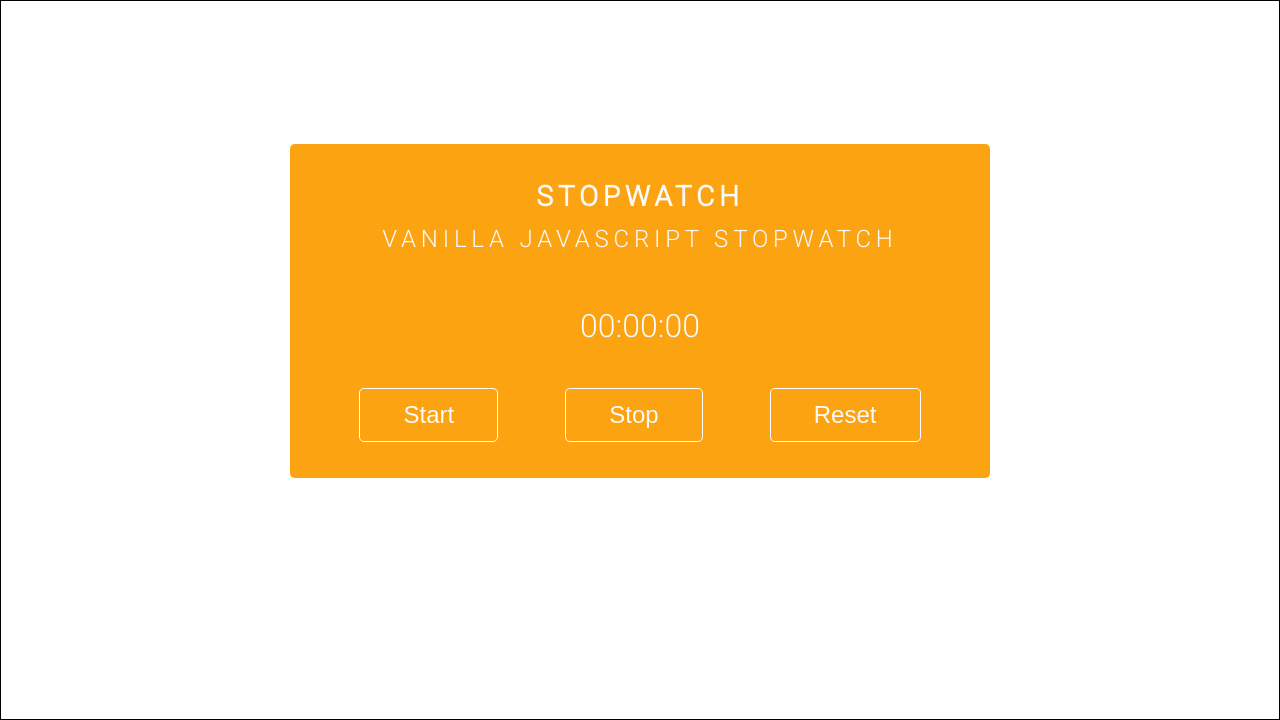
Repository: siaxiong/siaxiong.github.io
Page: doc/stopWatch.html
These files come from the project's save history. The page is drawn as it stood at one moment and after the next save; the edit follows.
The browser window is 1280 px wide. The pictures show the whole page.

Above is the page before, as saved 2021-03-11 16:28:58.

After the next save:
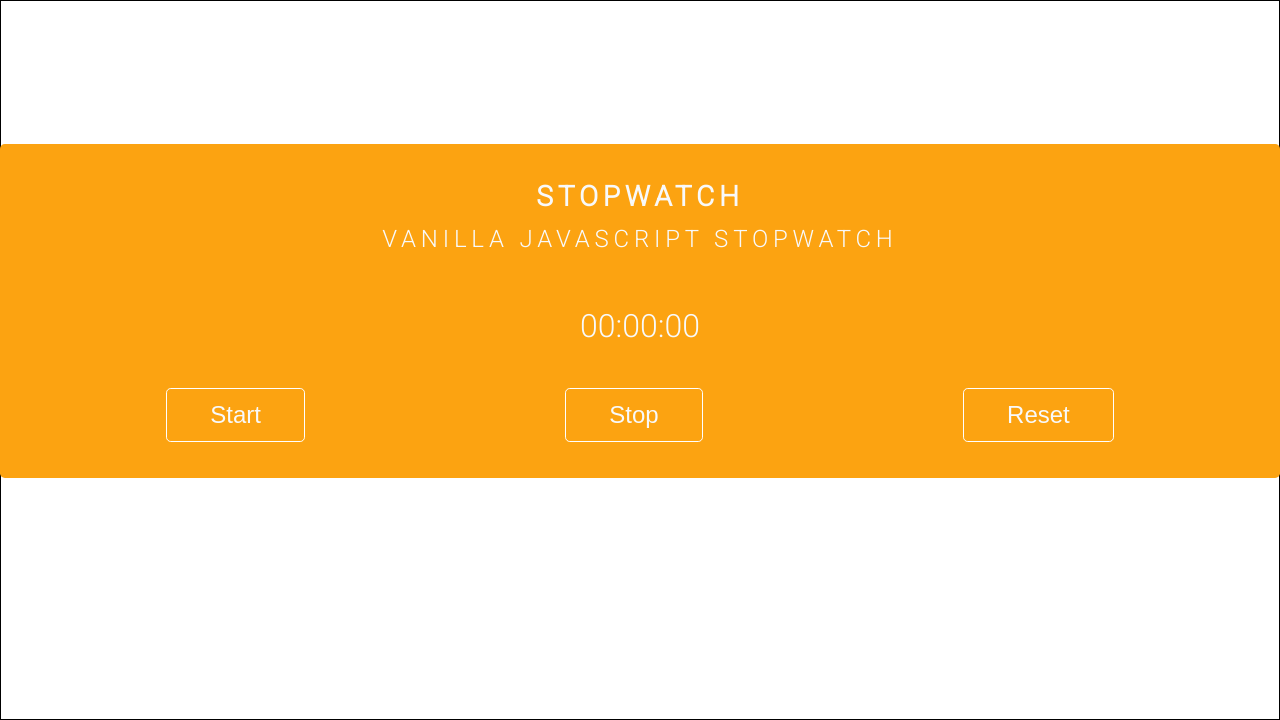
Saved 16 s later.
--- a/doc/stopWatch.html
+++ b/doc/stopWatch.html
@@ -97,7 +97,7 @@
     }
 
     .stopwatch--medium {
-        max-width: 700px;
+        max-width: 1700px;
     }
 
     @media only screen and (max-width: 700px) {
